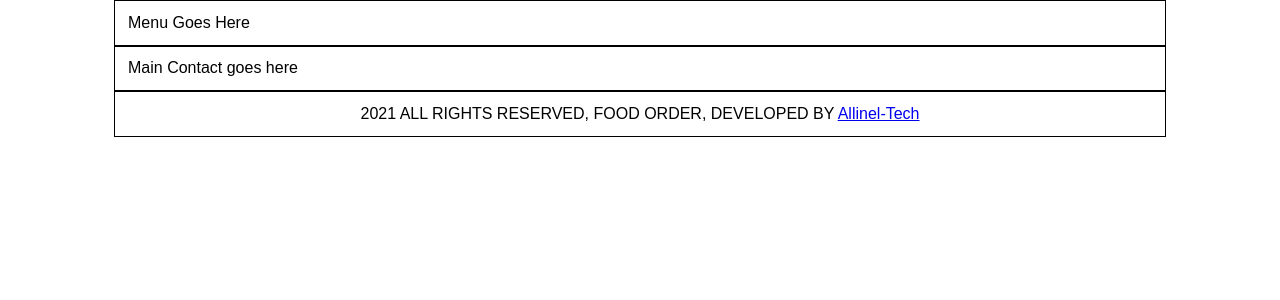
Repository: yazshrilld/food_order
Page: http://localhost/admin/index.php
The author's editor kept a copy of each file at every save. The page is drawn from the files as they stood at one save, then again after a run of saves.
The browser window is 1280 px wide. The pictures show the whole page.
The page is run by PHP 8.4 with error messages shown; the project is at /var/www/html/.

Above is the page before, as saved 2021-01-24 16:08:10.

### admin/index.php
    <html>
    <head>
        <title>Food Order Website - Home Page</title>
        <link rel="stylesheet" href="../css/admin.css">
    </head>
    <body>
        <!-- Menu Section Starts -->
            <div class="menu">
                <div class="wrapper">
                    Menu Goes Here
                </div>
            </div>
        <!-- Menu Section Ends -->

        <!-- Main Content Section Starts -->
            <div class="main-content">
                <div class="wrapper">
                    Main Contact goes here
                </div>
            </div>
        <!-- Main Content Section Ends -->

        <!-- Footer Section Starts -->
            <div class="footer">
                <div class="wrapper">
                    <p class="text-center">2021 ALL RIGHTS RESERVED, FOOD ORDER, DEVELOPED BY <a href="#">Allinel-Tech</a></p>
                </div>
            </div>
        <!-- Footer Section Ends -->

    </body>
</html>

### css/admin.css
/*
    Author: Musa Yazid
    Theme: Food Order Website Admin
    Version: 1.0
*/

* {
    margin: 0;
    padding: 0;
    font-family: Arial, Helvetica, sans-serif;
}

.wrapper {
    border: 1px solid black;
    padding: 1%;
    width: 80%;
    margin: 0 auto;
}

.text-center {
    text-align: center;
}

After the next 9 saves:
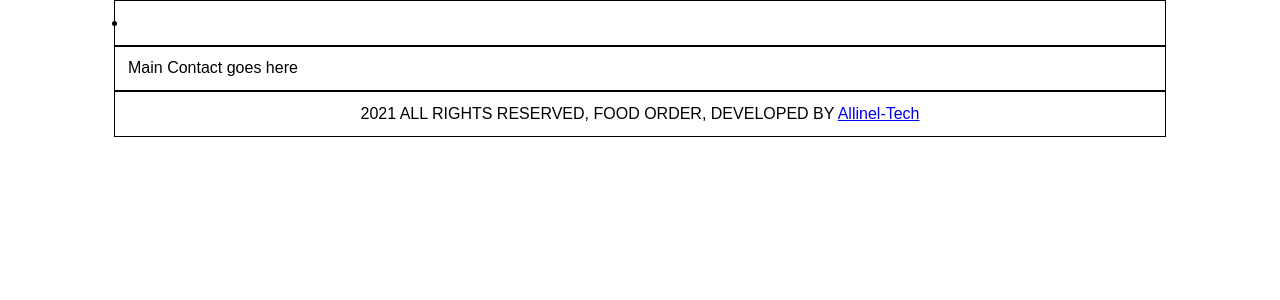
The 9 saves are shown as one change because they came seconds apart.
The last was saved 107 s later.
--- a/admin/index.php
+++ b/admin/index.php
@@ -7,7 +7,11 @@
         <!-- Menu Section Starts -->
             <div class="menu">
                 <div class="wrapper">
-                    Menu Goes Here
+                    <ul>
+                        <li>
+
+                        </li>
+                    </ul>
                 </div>
             </div>
         <!-- Menu Section Ends -->
